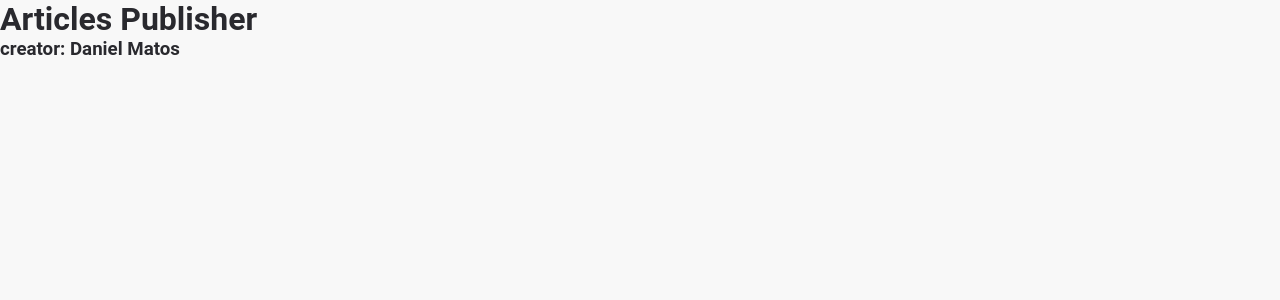
Repository: batmit/publish_articles
Page: /
An editor plug-in stored every save of this project. The page is shown before and after a run of saves, followed by the edit.
The browser window is 1280 px wide. The pictures show the whole page.
The project was rebuilt for these pictures with package versions that can differ from the ones it lists, and the page was loaded fresh each time. Also part of the build but not shown: src/styles/Home.scss.

Above is the page before, as saved 2021-06-28 21:22:12.

After the next 2 saves:
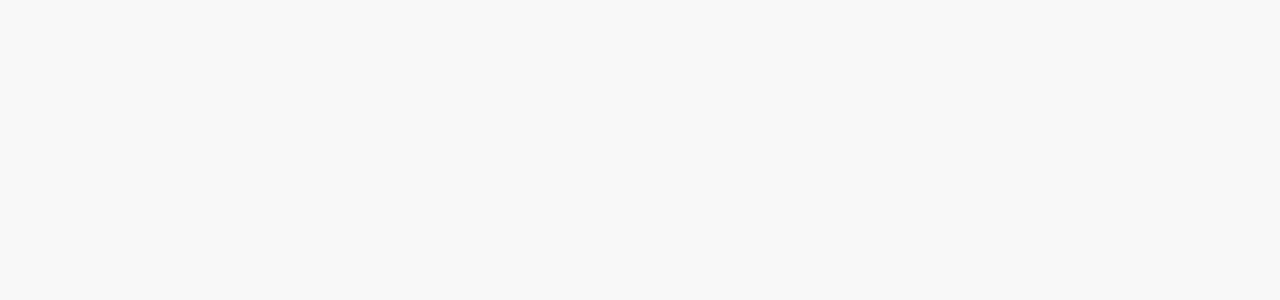
The 2 saves are shown as one change because they came seconds apart.
The last was saved 34 s later.
--- a/src/App.tsx
+++ b/src/App.tsx
@@ -10,7 +10,11 @@
 function App() {
   return (
 
-      <Home />
+      <BrowserRouter>
+
+        <Route></Route>
+
+      </BrowserRouter>
 
   );
 }

After the 3 saves that followed:
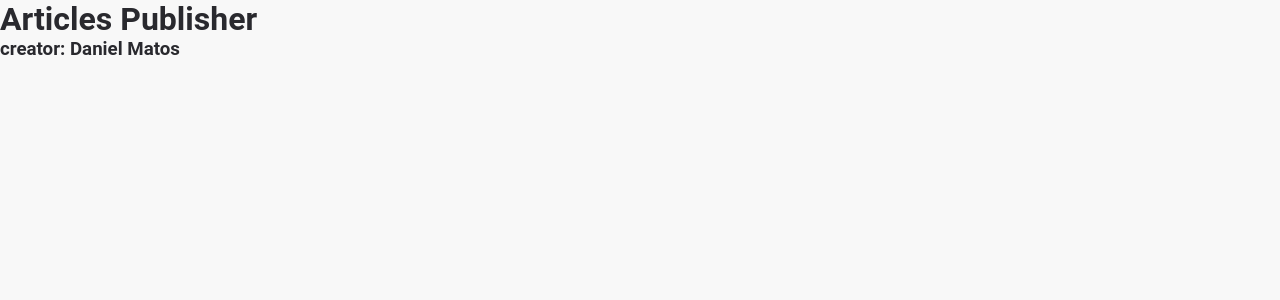
The 3 saves are shown as one change because 2 left the picture as it was.
The last was saved 54 s later.
--- a/src/App.tsx
+++ b/src/App.tsx
@@ -12,7 +12,7 @@
 
       <BrowserRouter>
 
-        <Route></Route>
+        <Route path='/' exact component={Home} />
 
       </BrowserRouter>
 
